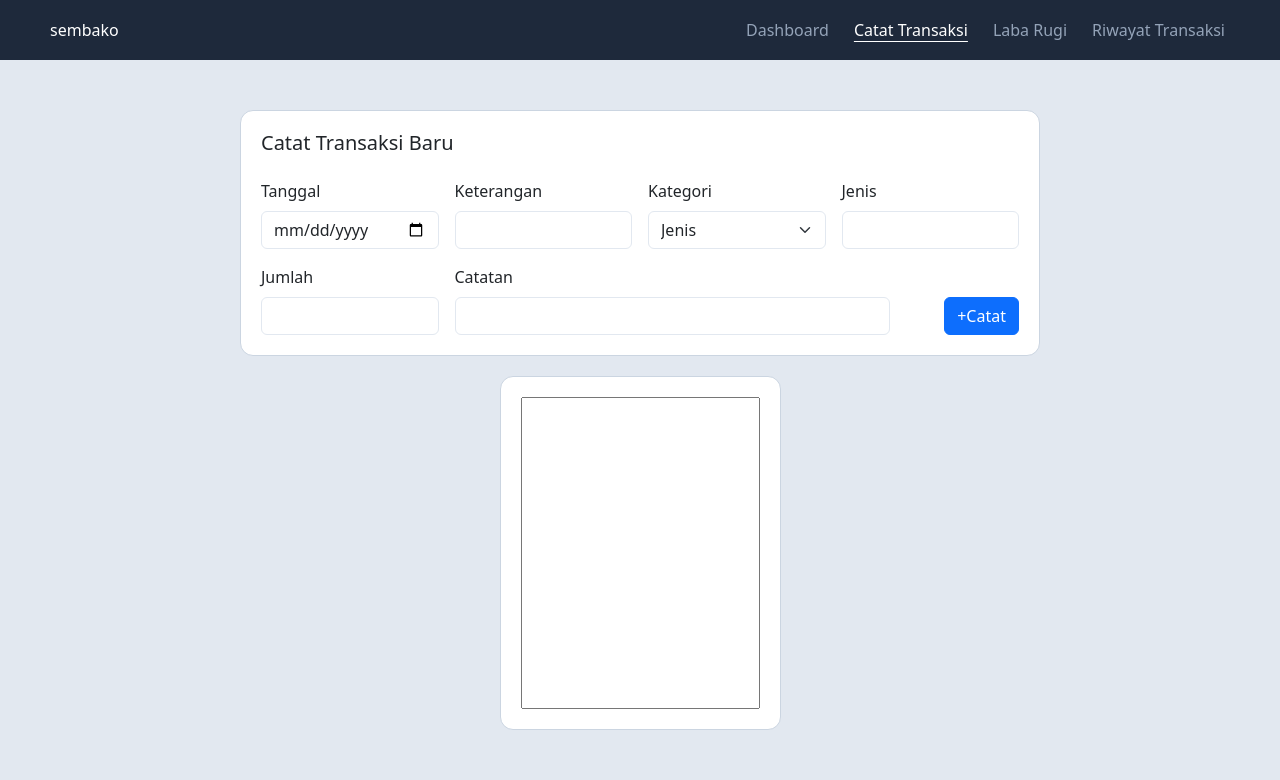
Repository: musdalifahzahra/Projek-Akhir-PWD-2026
Page: http://localhost/3-catat-transaksi.php
An editor plug-in stored every save of this project. The page is shown before and after the next save, followed by the edit.
The browser window is 1280 px wide. The pictures show the whole page.
The page is run by PHP 8.4 with error messages shown; the project is at /var/www/html/.

Above is the page before, as saved 2026-04-10 17:35:22.

After the next save:
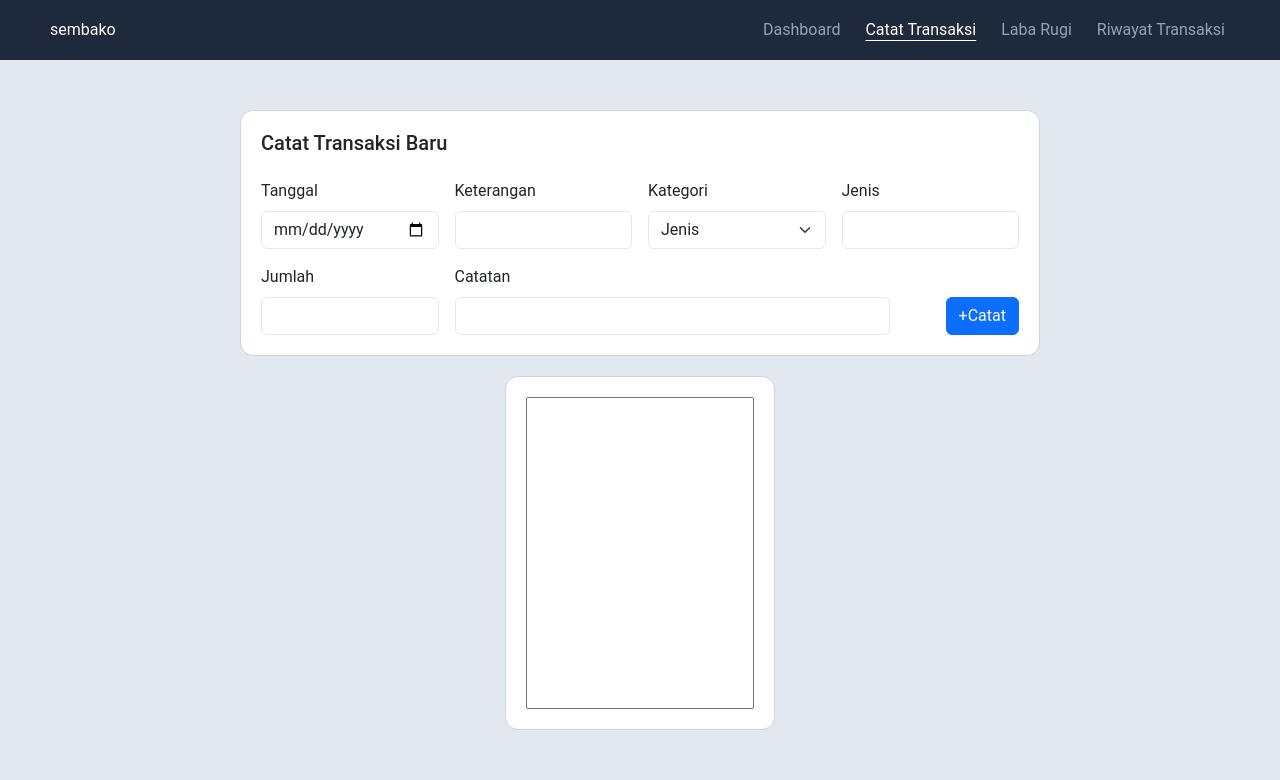
Saved 2 min 11 s later.
--- a/template-css.css
+++ b/template-css.css
@@ -8,7 +8,11 @@
   --color-pemasukan: #10b981;
   --color-pengeluaran: #ef4444;
   --color-border: #e2e8f0;
-  --color-border-card: #CBD5E1;
+  --color-border-card: #cbd5e1;
+}
+
+body {
+  font-family: "Roboto", sans-serif;
 }
 
 nav {

After the save that followed:
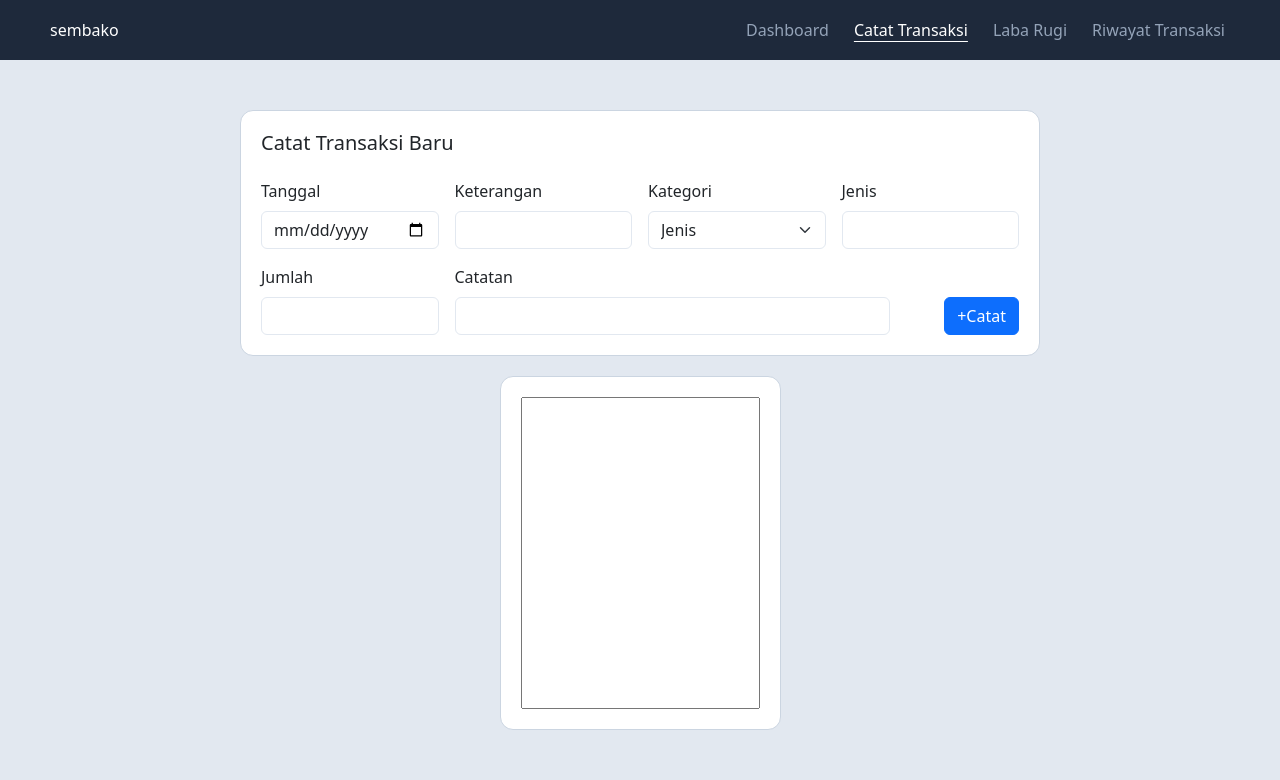
Saved 13 s later.
--- a/template-css.css
+++ b/template-css.css
@@ -8,12 +8,10 @@
   --color-pemasukan: #10b981;
   --color-pengeluaran: #ef4444;
   --color-border: #e2e8f0;
-  --color-border-card: #cbd5e1;
+  --color-border-card: #CBD5E1;
 }
 
-body {
-  font-family: "Roboto", sans-serif;
-}
+
 
 nav {
   background-color: var(--color-nav);
